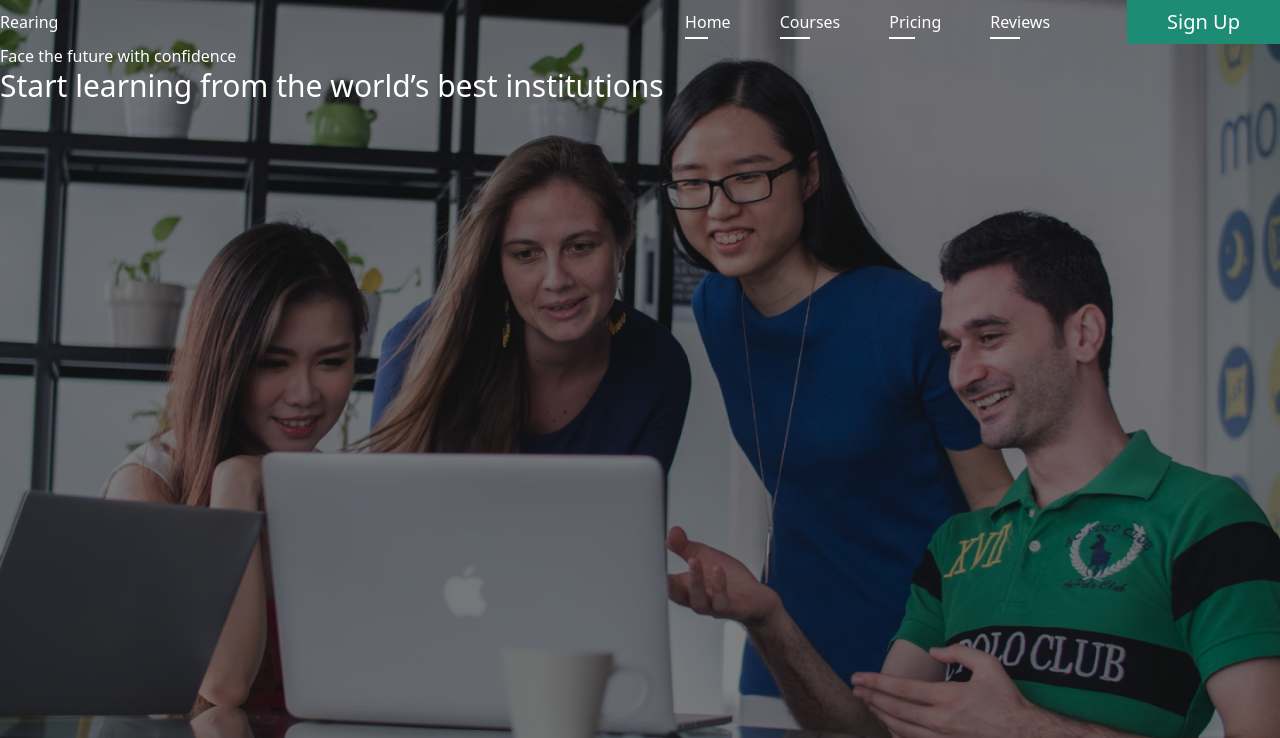
Repository: vandangnhathung/educationplatform
Page: /
An editor plug-in stored every save of this project. The page is shown before and after the next save, followed by the edit.
The browser window is 1280 px wide. The pictures show the whole page.
The project was rebuilt for these pictures with package versions that can differ from the ones it lists, and the page was loaded fresh each time.

Above is the page before, as saved 2022-06-20 14:58:32.

After the next save:
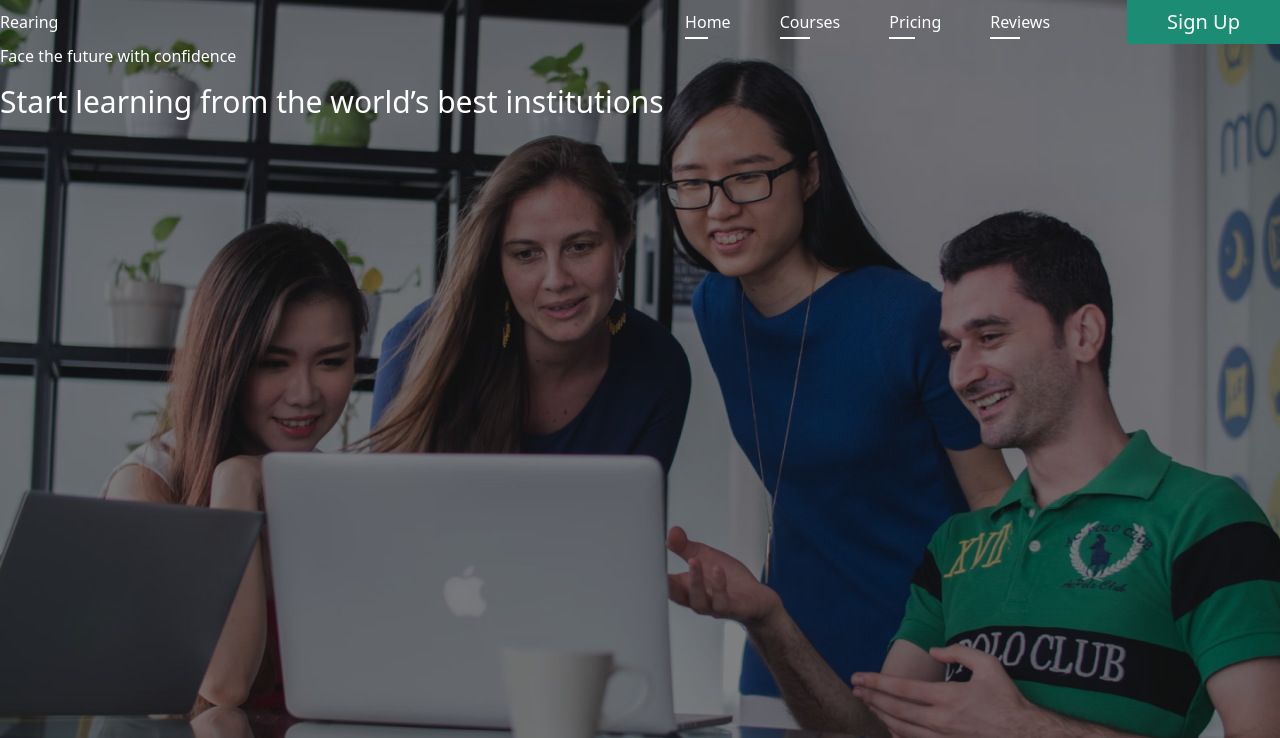
Saved 14 s later.
--- a/src/components/Header.js
+++ b/src/components/Header.js
@@ -45,7 +45,9 @@ const Header = () => {
             </div>
 
             <div className="slogan text-white">
-              <h3 className="text-base">Face the future with confidence</h3>
+              <h3 className="text-base mb-4">
+                Face the future with confidence
+              </h3>
               <h1 className="desc text-3xl">
                 Start learning from the world’s best institutions
               </h1>
